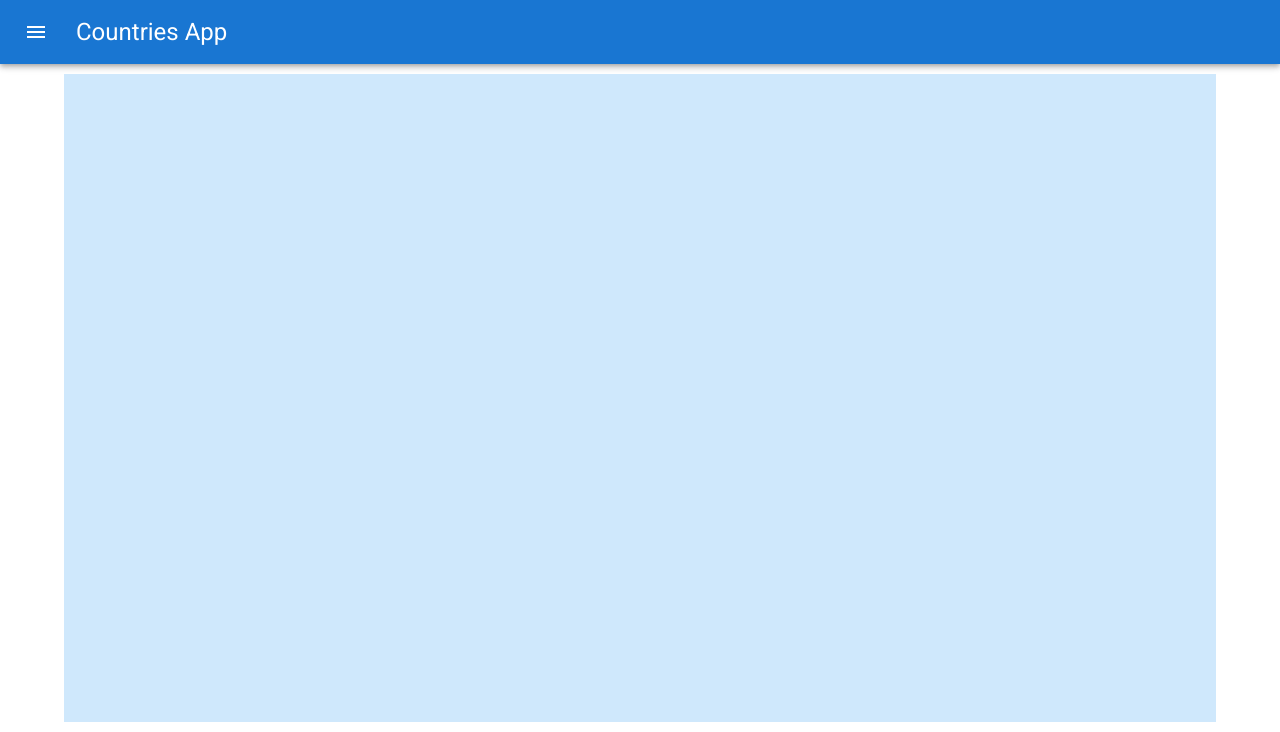
Repository: Ellisvelandia/countryreactjs
Page: /
These files come from the project's save history. The page is drawn as it stood at one moment and after the next save; the edit follows.
The browser window is 1280 px wide. The pictures show the whole page.
The project was rebuilt for these pictures with package versions that can differ from the ones it lists, and the page was loaded fresh each time. Also part of the build but not shown: src/index.css, src/App.css, src/components/Countries.jsx.

Above is the page before, as saved 2022-08-25 20:24:50.

After the next save:
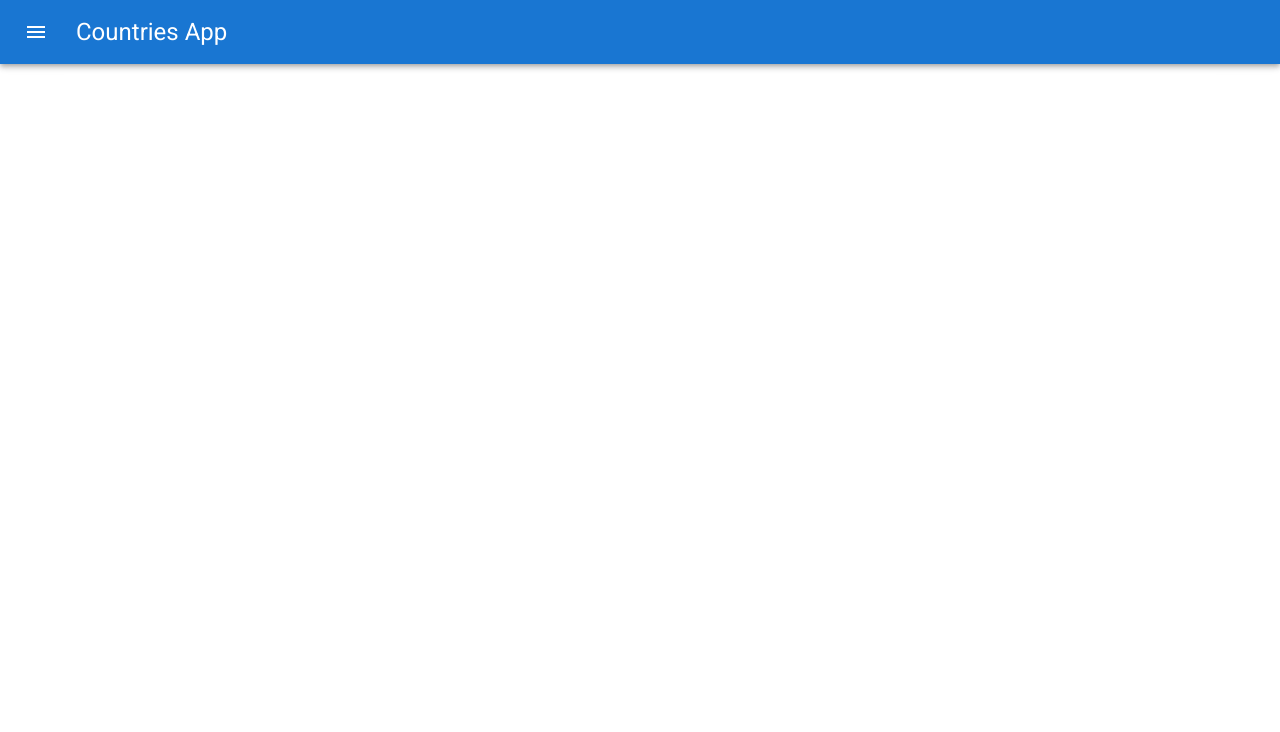
Saved 110 s later.
--- a/src/components/RegionPicker.jsx
+++ b/src/components/RegionPicker.jsx
@@ -16,7 +16,7 @@
         <Container fixed>
           <Box
             sx={{
-              bgcolor: "#cfe8fc",
+              bgcolor: "#fff",
               minHeight: "90vh",
               display: "flex",
               alignItems: "center",
